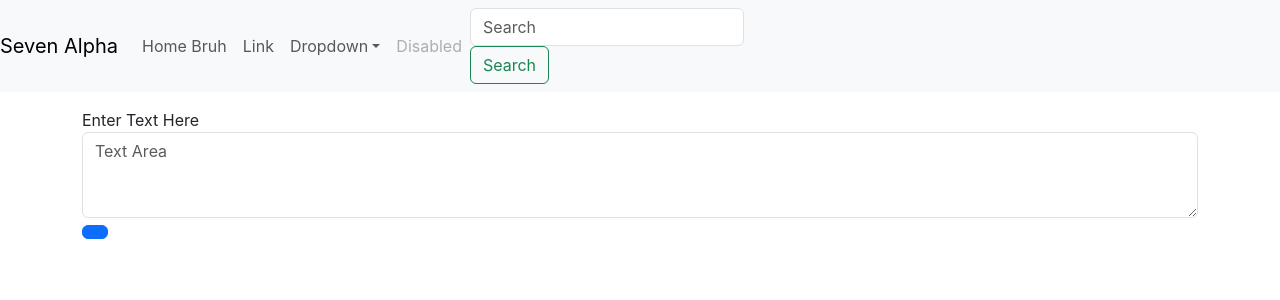
Repository: Shubham-tawar/Text-editor
Page: /
These files come from the project's save history. The page is drawn as it stood at one moment and after the next save; the edit follows.
The browser window is 1280 px wide. The pictures show the whole page.
The project was rebuilt for these pictures with package versions that can differ from the ones it lists, and the page was loaded fresh each time. Also part of the build but not shown: src/App.css.

Above is the page before, as saved 2025-07-05 16:57:09.

### public/index.html
<!DOCTYPE html>
<html lang="en">
  <head>
    <meta charset="utf-8" />
    <link rel="icon" href="%PUBLIC_URL%/favicon.ico" />
    <meta name="viewport" content="width=device-width, initial-scale=1" />
    <meta name="theme-color" content="#000000" />
    <meta
      name="description"
      content="Web site created using create-react-app"
    />
    <link rel="apple-touch-icon" href="%PUBLIC_URL%/logo192.png" />
    <!--
      manifest.json provides metadata used when your web app is installed on a
      user's mobile device or desktop. See https://developers.google.com/web/fundamentals/web-app-manifest/
    -->
    <link rel="manifest" href="%PUBLIC_URL%/manifest.json" />
    <!--
      Notice the use of %PUBLIC_URL% in the tags above.
      It will be replaced with the URL of the `public` folder during the build.
      Only files inside the `public` folder can be referenced from the HTML.

      Unlike "/favicon.ico" or "favicon.ico", "%PUBLIC_URL%/favicon.ico" will
      work correctly both with client-side routing and a non-root public URL.
      Learn how to configure a non-root public URL by running `npm run build`.
    -->
    <link href="https://cdn.jsdelivr.net/npm/bootstrap@5.3.7/dist/css/bootstrap.min.css" rel="stylesheet" integrity="sha384-LN+7fdVzj6u52u30Kp6M/trliBMCMKTyK833zpbD+pXdCLuTusPj697FH4R/5mcr" crossorigin="anonymous">
    <title>React App</title>
  </head>
  <body>
    <noscript>You need to enable JavaScript to run this app.</noscript>
    <div id="root"></div>
    <!--
      This HTML file is a template.
      If you open it directly in the browser, you will see an empty page.

      You can add webfonts, meta tags, or analytics to this file.
      The build step will place the bundled scripts into the <body> tag.

      To begin the development, run `npm start` or `yarn start`.
      To create a production bundle, use `npm run build` or `yarn build`.
    -->
      <script src="https://cdn.jsdelivr.net/npm/bootstrap@5.3.7/dist/js/bootstrap.bundle.min.js" integrity="sha384-ndDqU0Gzau9qJ1lfW4pNLlhNTkCfHzAVBReH9diLvGRem5+R9g2FzA8ZGN954O5Q" crossorigin="anonymous"></script>
  </body>
</html>

### src/App.js

import './App.css';
import Navbar from './components/Navbar';
import Textform from './components/Textform';

function App() {
  return (
    <>
    <Navbar title="Seven Alpha" aboutText="Bruh"/>
    <Textform heading = "Enter Text Here"/>
    </>
  );
}

export default App;

### src/components/Navbar.js
import React from 'react'
import PropTypes from 'prop-types'
export default function Navbar(props) {
  return (
    <nav className="navbar navbar-expand-lg navbar-light bg-light">
      <a className="navbar-brand" href="/">{props.title}</a>
      <button className="navbar-toggler" type="button" data-toggle="collapse" data-target="#navbarSupportedContent" aria-controls="navbarSupportedContent" aria-expanded="false" aria-label="Toggle navigation">
        <span className="navbar-toggler-icon"></span>
      </button>

      <div className="collapse navbar-collapse" id="navbarSupportedContent">
        <ul className="navbar-nav mr-auto">
          <li className="nav-item active">
            <a className="nav-link" href="/">Home <span className="sr-only">{props.aboutText}</span></a>
          </li>
          <li className="nav-item">
            <a className="nav-link" href="/">Link</a>
          </li>
          <li className="nav-item dropdown">
            <a className="nav-link dropdown-toggle" href="/" id="navbarDropdown" role="button" data-toggle="dropdown" aria-haspopup="true" aria-expanded="false">
              Dropdown
            </a>
            <div className="dropdown-menu" aria-labelledby="navbarDropdown">
              <a className="dropdown-item" href="/">Action</a>
              <a className="dropdown-item" href="/">Another action</a>
              <div className="dropdown-divider"></div>
              <a className="dropdown-item" href="/">Something else here</a>
            </div>
          </li>
          <li className="nav-item">
            <a className="nav-link disabled" href="/">Disabled</a>
          </li>
        </ul>
        <form className="form-inline my-2 my-lg-0">
          <input className="form-control mr-sm-2" type="search" placeholder="Search" aria-label="Search"/>
          <button className="btn btn-outline-success my-2 my-sm-0" type="submit">Search</button>
        </form>
      </div>
    </nav>
  )
}

Navbar.prototypes = {
    title: PropTypes.string,
    aboutText: PropTypes.string
}

### src/components/Textform.js
import React from 'react'
import PropTypes from 'prop-types'

export default function Textform(props) {
  return (
    <form className='container my-3'>

        <div class="form-group">
            <label for="exampleFormControlTextarea1">{props.heading}</label>
            <textarea class="form-control" id="exampleFormControlTextarea1" rows="3" placeholder='Text Area'></textarea>
            <button className="btn btn-primary"></button>
        </div>
    </form>
  )
}

Textform.propTypesropTypes = {
    heading: PropTypes.string
}

Textform.defaultProps = {
    heading: "Enter Text Here"
}

Loaded but not shown: src/index.js (common file); src/index.css (common file); src/reportWebVitals.js (common file)

After the next save:
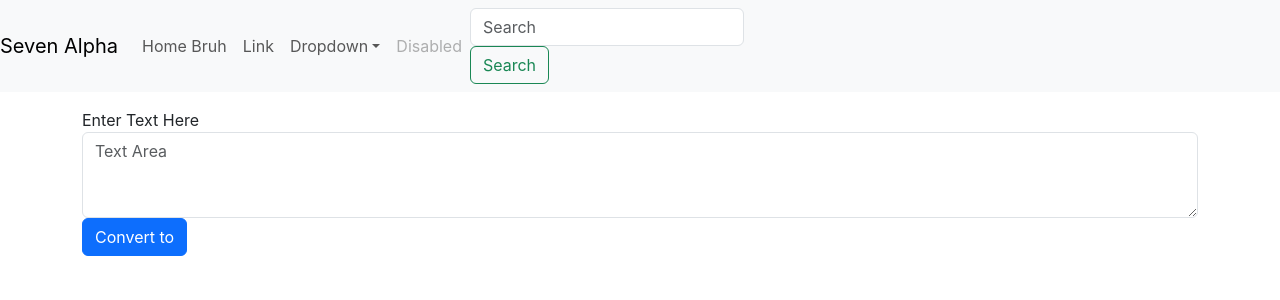
Saved 5 s later.
--- a/src/components/Textform.js
+++ b/src/components/Textform.js
@@ -8,7 +8,7 @@ export default function Textform(props) {
         <div class="form-group">
             <label for="exampleFormControlTextarea1">{props.heading}</label>
             <textarea class="form-control" id="exampleFormControlTextarea1" rows="3" placeholder='Text Area'></textarea>
-            <button className="btn btn-primary"></button>
+            <button className="btn btn-primary">Convert to </button>
         </div>
     </form>
   )
